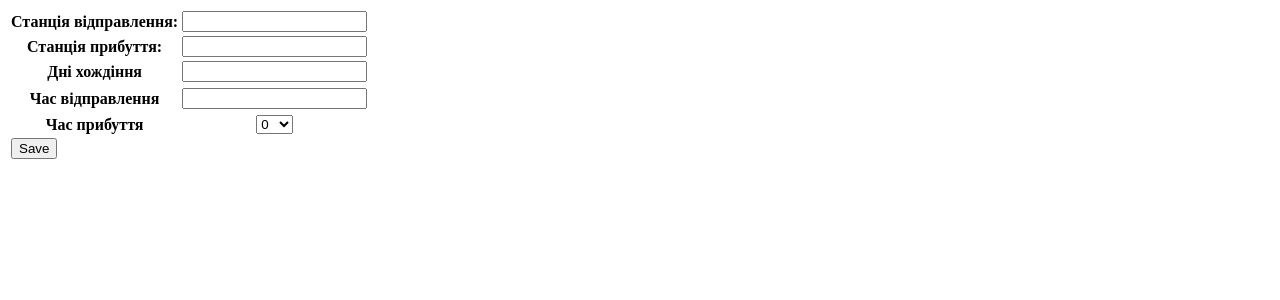
Repository: predator11/Project
Page: http://localhost/TimetableProject/edit.jsp
These files come from the project's save history. The page is drawn as it stood at one moment and after the next save; the edit follows.
The browser window is 1280 px wide. The pictures show the whole page.
The page is served by Tomcat 9. Nobody is signed in. The application's start-up code is not run.

Above is the page before, as saved 2015-06-29 14:06:02.

After the next save:
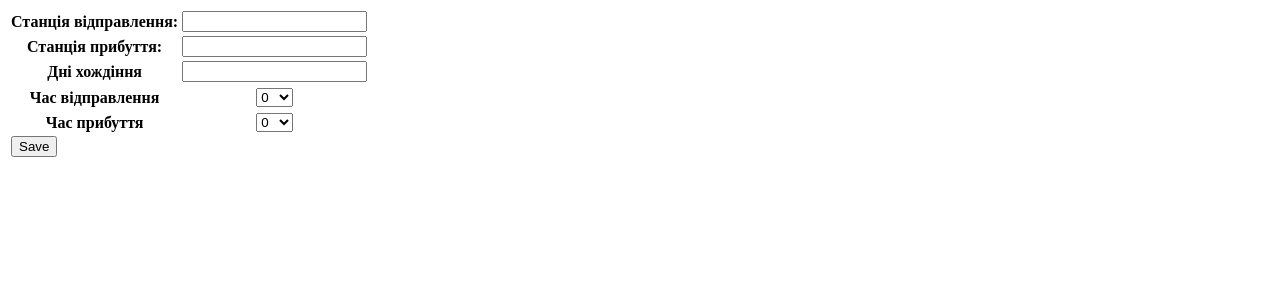
Saved 27 min 59 s later.
--- a/TimetableProject/WebContent/edit.jsp
+++ b/TimetableProject/WebContent/edit.jsp
@@ -25,17 +25,30 @@
        <tr>
        <tr>
          <th>Час відправлення</th>
-         <th><input type="Text" name="dayOfDep"></th>
+          <th>
+          <select name="arrivalTime" size=1>
+            <c:forEach var="i" begin="0" end="24">
+             <option select value="${i}" id="departureHour"> ${i }
+            </c:forEach>
+            <c:forEach var="i" begin="0" end="24">
+             <option select value="${i}" id="departureMinut"> ${i }
+            </c:forEach>
+           </select>
+          </th>
         </tr>
        <tr>
        <tr>
          <th>Час прибуття</th>
          <th>
-         <select name="arrivalTime" size=1>
-          <c:forEach var="i" begin="0" end="10">
-           <option select value="${i}"> ${i }
-          </c:forEach>
-         </select></th>
+          <select name="arrivalTime" size=1>
+           <c:forEach var="i" begin="0" end="24">
+            <option select value="${i}" id="arrivalHour"> ${i }
+           </c:forEach>
+           <c:forEach var="i" begin="0" end="24">
+            <option select value="${i}" id="arrivalMinut"> ${i }
+           </c:forEach>
+          </select>
+         </th>
         </tr>
        <tr>
         <td><input type="Submit" value="Save"></td>
